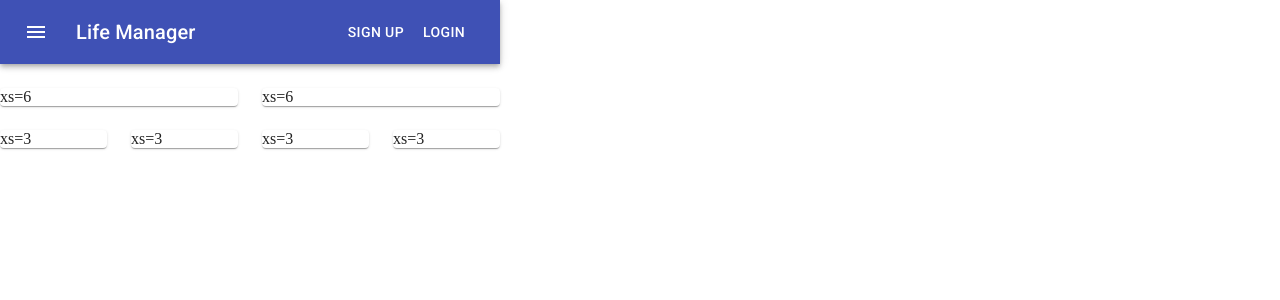
Repository: DaNiels89/lifemanagerreact
Page: /profile
The author's editor kept a copy of each file at every save. The page is drawn from the files as they stood at one save, then again after the next save.
The browser window is 1280 px wide. The pictures show the whole page.
The project was rebuilt for these pictures with package versions that can differ from the ones it lists, and the page was loaded fresh each time.

Above is the page before, as saved 2020-03-13 14:22:51.

### public/index.html
<!DOCTYPE html>
<html lang="en">
  <head>
    <meta charset="utf-8" />
    <link rel="icon" href="%PUBLIC_URL%/favicon.ico" />
    <meta name="viewport" content="width=device-width, initial-scale=1" />
    <meta name="theme-color" content="#000000" />
    <meta
      name="description"
      content="Web site created using create-react-app"
    />
    <link rel="apple-touch-icon" href="%PUBLIC_URL%/logo192.png" />
    <link rel="manifest" href="%PUBLIC_URL%/manifest.json" />
    <title>Life Manager</title>
  </head>
  <body>
    <noscript>You need to enable JavaScript to run this app.</noscript>
    <div id="root"></div>
  </body>
</html>

### src/App.js
import React from 'react';
import Header from './components/layout/Header';

import 'typeface-roboto';
import Grid from '@material-ui/core/Grid';
import Paper from '@material-ui/core/Paper';
import Typography from '@material-ui/core/Typography';
import { makeStyles } from '@material-ui/core/styles';
import './App.css';

const useStyles = makeStyles({
  main: {
    width: '100%',
    maxWidth: 500
  }
});

export default function App() {
  const classes = useStyles();

  return (
    <div className={classes.main}>
      <Grid container spacing={3}>
        <Grid item xs={12} sm={12} md={12} lg={12} xl={12}>
          <Header />
        </Grid>
        <Grid item xs={6}>
          <Paper className={classes.paper}>xs=6</Paper>
        </Grid>
        <Grid item xs={6}>
          <Paper className={classes.paper}>xs=6</Paper>
        </Grid>
        <Grid item xs={3}>
          <Paper className={classes.paper}>xs=3</Paper>
        </Grid>
        <Grid item xs={3}>
          <Paper className={classes.paper}>xs=3</Paper>
        </Grid>
        <Grid item xs={3}>
          <Paper className={classes.paper}>xs=3</Paper>
        </Grid>
        <Grid item xs={3}>
          <Paper className={classes.paper}>xs=3</Paper>
        </Grid>
      </Grid>
    </div>
  );
}

### src/components/layout/Header.js
import React from 'react';
import { makeStyles } from '@material-ui/core/styles';
import AppBar from '@material-ui/core/AppBar';
import Toolbar from '@material-ui/core/Toolbar';
import Typography from '@material-ui/core/Typography';
import Button from '@material-ui/core/Button';
import IconButton from '@material-ui/core/IconButton';
import MenuIcon from '@material-ui/icons/Menu';

const useStyles = makeStyles(theme => ({
  root: {
    flexGrow: 1
  },
  menuButton: {
    marginRight: theme.spacing(2)
  },
  title: {
    flexGrow: 1
  }
}));

export default function Header() {
  const classes = useStyles();

  return (
    <div className={classes.root}>
      <AppBar position="static">
        <Toolbar>
          <IconButton
            edge="start"
            className={classes.menuButton}
            color="inherit"
            aria-label="menu"
          >
            <MenuIcon />
          </IconButton>
          <Typography variant="h6" className={classes.title}>
            Life Manager
          </Typography>
          <Button color="inherit">Sign up</Button>
          <Button color="inherit">Login</Button>
        </Toolbar>
      </AppBar>
    </div>
  );
}

Loaded but not shown: src/index.js (common file); src/App.css (common file)

After the next save:
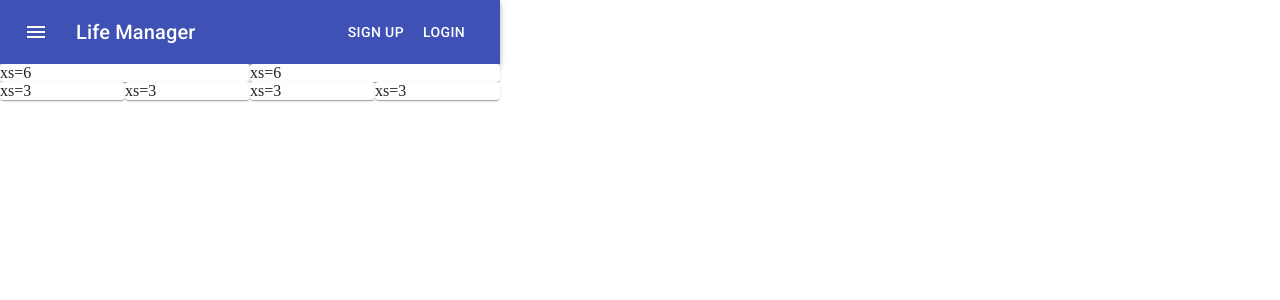
Saved 3 min 20 s later.
--- a/src/App.js
+++ b/src/App.js
@@ -20,7 +20,7 @@ export default function App() {
 
   return (
     <div className={classes.main}>
-      <Grid container spacing={3}>
+      <Grid container spacing={12}>
         <Grid item xs={12} sm={12} md={12} lg={12} xl={12}>
           <Header />
         </Grid>
